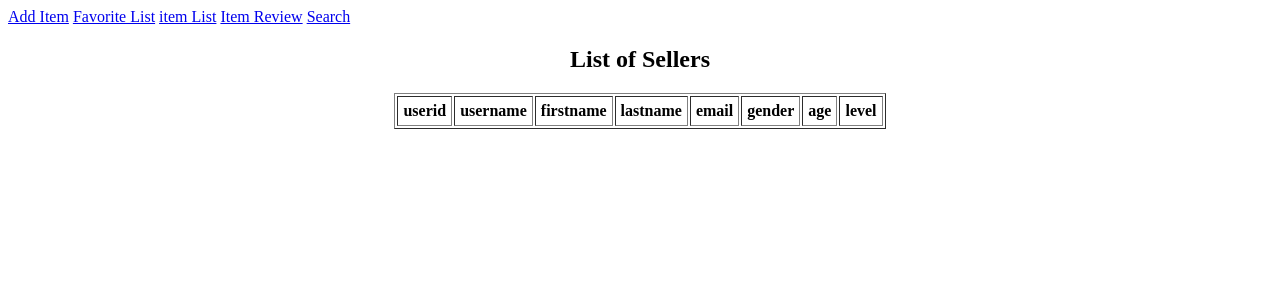
Repository: HamdanM/DatabaseProject
Page: http://localhost/DB3/seller.jsp
These files come from the project's save history. The page is drawn as it stood at one moment and after the next save; the edit follows.
The browser window is 1280 px wide. The pictures show the whole page.
The page is served by Tomcat 9.

Above is the page before, as saved 2019-07-25 01:15:43.

After the next save:
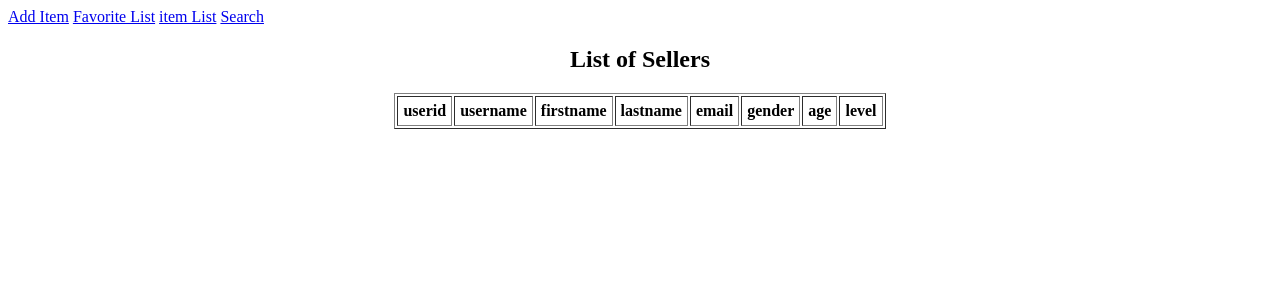
Saved 31 s later.
--- a/DB3/WebContent/seller.jsp
+++ b/DB3/WebContent/seller.jsp
@@ -12,7 +12,6 @@
 <a href="addItem.jsp">Add Item</a>
 <a href="favlist">Favorite List</a>
 <a href="list">item List</a>
-<a href="itemReview">Item Review</a>
 <a href="search.jsp">Search</a>
 
   <div align="center">
